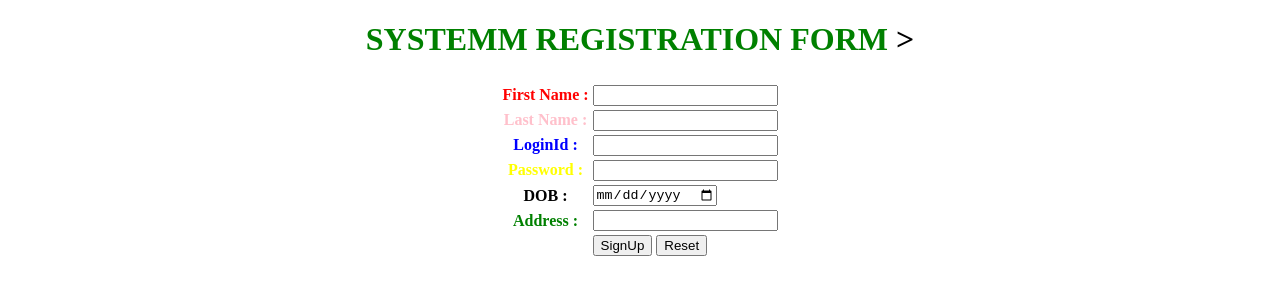
Repository: Jatdevta/AdvanceJava
Page: http://localhost/DynamicProject/UserRegistration.jsp
An editor plug-in stored every save of this project. The page is shown before and after the next save, followed by the edit.
The browser window is 1280 px wide. The pictures show the whole page.
The page is served by Tomcat 9. Other server files are loaded and not shown.

Above is the page before, as saved 2023-08-18 07:12:50.

### Advancejava/DynamicProject/WebContent/UserRegistration.jsp
<%@ page language="java" contentType="text/html; charset=ISO-8859-1"
	pageEncoding="ISO-8859-1"%>
<!DOCTYPE html>
<html>
<head>
<meta charset="ISO-8859-1">
<title>SYSTUMM....!!!!!!</title>
</head>
<body>
<center>
<body>
	<%
		String msg = (String) request.getAttribute("msg");
	%>
	<form action="UserCTL" method="post">
		<table>

			<tr>
				<%
					if (msg != null) {
				%>
				<%=msg%>
				<%
					}
				%>
			</tr>
			<tr>
			<h1>
			<font color="green">SYSTEMM REGISTRATION FORM</font>
			></h1>

				<th style=color:red;> First Name :</th>
				<td><input type="text" name="firstName"></td>
			</tr>
			<tr>
				<th style=color:pink;>Last Name :</th>
				<td><input type="text" name="lastName"></td>
			</tr>
			<tr>
				<th style = color:blue;>LoginId :</th>
				<td><input type="text" name="loginId"></td>
			</tr>
			<tr>
				<th style = color:yellow;>Password :</th>
				<td><input type="password" name="password"></td>
			</tr>
			<tr>
				<th style = color:voilet;>DOB :</th>
				<td><input type="date" name="dob"></td>
			</tr>
			<tr>
				<th style = color:green;>Address :</th>
				<td><input type="text" name="address"></td>
			</tr>
			<tr>
				<th></th>
				<td><input type="submit" name="operation" value="SignUp">
					<input type="submit" name="operation" value="Reset"></td>
			</tr>
		</table>
	</form>
</body>
</html>

After the next save:
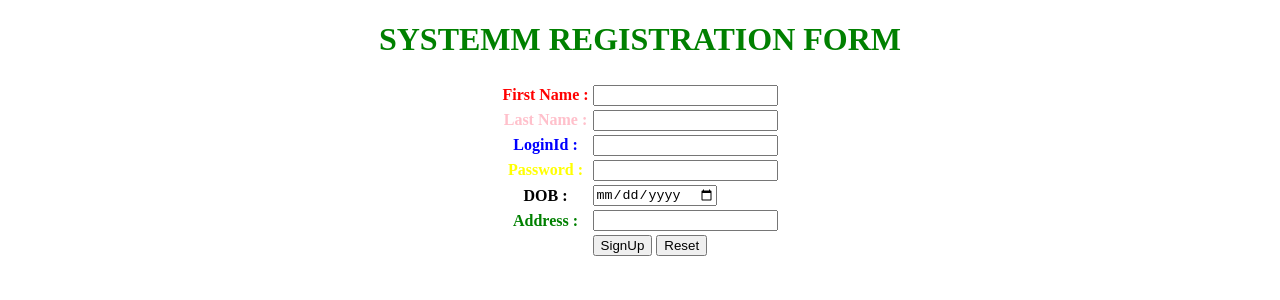
Saved 21 s later.
--- a/Advancejava/DynamicProject/WebContent/UserRegistration.jsp
+++ b/Advancejava/DynamicProject/WebContent/UserRegistration.jsp
@@ -27,7 +27,7 @@
 			<tr>
 			<h1>
 			<font color="green">SYSTEMM REGISTRATION FORM</font>
-			></h1>
+			</h1>
 
 				<th style=color:red;> First Name :</th>
 				<td><input type="text" name="firstName"></td>
